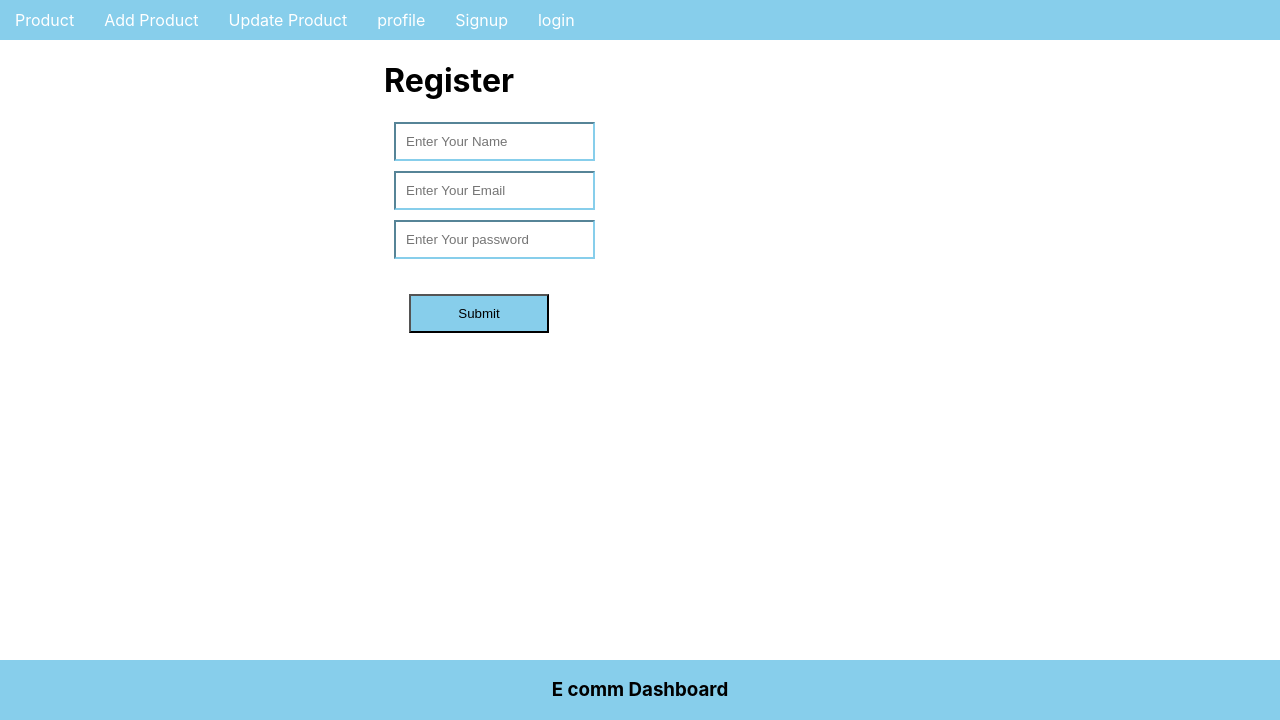
Repository: ShahbazGurmani/react-code-e-dashboard
Page: /add
These files come from the project's save history. The page is drawn as it stood at one moment and after the next save; the edit follows.
The browser window is 1280 px wide. The pictures show the whole page.
The project was rebuilt for these pictures with package versions that can differ from the ones it lists, and the page was loaded fresh each time. Also part of the build but not shown: src/components/Login.js.

Above is the page before, as saved 2023-08-24 22:43:57.

### src/App.js

import './App.css';
import Nav from './components/Nav';

import { BrowserRouter, Route, Routes } from 'react-router-dom';
import Footer from './components/Footer';
import Signup from './components/Signup';
import PrivateCom from './components/PrivateCom';
import Login from './components/Login';
function App() {
  return (
    <div className="App">
      <BrowserRouter>
        <Nav/>
        <Routes>

          <Route element={<PrivateCom/>}>
           <Route path='/' element={<h1>Product Listing Component</h1>}/>
           <Route path='/add' element={<h1>Add Product Component</h1>}/>
           <Route path='/update' element={<h1>Products Update Component</h1>}/>
           <Route path='/logout' element={<h1>Logout Component</h1>}/>
           <Route path='/profile' element={<h1>profile Component</h1>}/>

          </Route>

          <Route path='/signup' element={<Signup/>}/>
          <Route path='/login' element={<Login/>}/>
        </Routes>

        </BrowserRouter>
        <Footer/>
    </div>
  );
}

export default App;

### src/App.css
.nav-ul{
  padding: 0px;
    margin: 0;
    background-color: skyblue;
}

.nav-ul li{
  display: inline-block;
  padding: 10px;

}

.nav-ul li a{
  color: white;
    padding: 5px;
    text-decoration: none;
}
.footer{
  background-color: skyblue;
    position: absolute;
    bottom: 0;
    text-align: center;
    width: 100%;
}
.register{
  margin-left: 30%;
}
.inputBox{
  display: block;
    padding: 10px;
    margin: 10px;
    border-color: skyblue;
}
.button{
  margin: 25px;
    padding: 10px;
    width: 140px;
    background-color: skyblue;
    cursor: pointer;
}


@media (prefers-reduced-motion: no-preference) {
  .App-logo {
    animation: App-logo-spin infinite 20s linear;
  }
}

.App-header {
  background-color: #282c34;
  min-height: 100vh;
  display: flex;
  flex-direction: column;
  align-items: center;
  justify-content: center;
  font-size: calc(10px + 2vmin);
  color: white;
}

.App-link {
  color: #61dafb;
}

@keyframes App-logo-spin {
  from {
    transform: rotate(0deg);
  }
  to {
    transform: rotate(360deg);
  }
}

### src/components/Nav.js

import { Link, useNavigate, } from "react-router-dom";

const Nav = ()=>{
const auth  = localStorage.getItem('user');
const navigate = useNavigate();

  const  logout = ()=>{
    localStorage.clear();
    navigate('/signup');
  }
    return(
        <div>
            <ul className="nav-ul">
               <li><Link to="/">Product</Link></li>
               <li><Link to="/add">Add Product</Link></li>
               <li><Link to="/update">Update Product</Link></li>
               <li><Link to="/profile">profile</Link></li>
               <li>{auth ? <Link onClick={logout} to="/singup"  >Logout</Link>:
               <Link to="/signup">Signup</Link>}</li>
               <li><Link to="/login">login</Link></li>
            </ul>
        </div>
    )

}

export default Nav;

### src/components/Footer.js
import React from "react";

const Footer =()=>
{

    return(
        <div className="footer">
            <h3>E comm Dashboard </h3>
        </div>
    )
}

export default Footer;

### src/components/Signup.js
import React, { useEffect, useState } from "react";
import { json } from "react-router-dom";
import { useNavigate } from "react-router-dom";

const Signup = () => {
  const [name, setName] = useState("");
  const [email, setEmail] = useState("");
  const [password, setPassword] = useState("");

 const navigate = useNavigate();
  useEffect(()=>{
    const auth = localStorage.getItem('user');
    if(auth)
    {
        navigate("/")
    }
  })


  const collectData = async () => {
    console.warn(name, email, password);
    let result = await fetch("http://localhost:4500/register", {
      method: "post",
      body: JSON.stringify({ name, email, password }),
      headers: {
        "Content-Type": "application/json",
      },
    });
    result = await result.json();
    localStorage.setItem("user", JSON.stringify(result));
    if (result) {
      navigate("/");
    }
  };

  return (
    <div className="register">
      <h1>Register</h1>
      <input
        className="inputBox"
        type="text"
        value={name}
        onChange={(e) => {
          setName(e.target.value);
        }}
        placeholder="Enter Your Name"
      />

      <input
        className="inputBox"
        type="text"
        value={email}
        onChange={(e) => {
          setEmail(e.target.value);
        }}
        placeholder="Enter Your Email"
      />

      <input
        className="inputBox"
        type="password"
        value={password}
        onChange={(e) => {
          setPassword(e.target.value);
        }}
        placeholder="Enter Your password"
      />

      <button onClick={collectData} className="button" type="submit">
        Submit
      </button>
      {/* <button  className="button" type="submit">
        login
      </button> */}
    </div>
  );
};

export default Signup;

### src/components/PrivateCom.js
import React from "react";
import { Navigate, Outlet } from "react-router-dom";

const PrivateCom = ()=>{

    const auth = localStorage.getItem('user');
    return auth?<Outlet/>:<Navigate to={'/signup'}/>
}

export default PrivateCom;

Loaded but not shown: public/index.html (common file); src/index.js (common file); src/index.css (common file); src/reportWebVitals.js (common file)

After the next save:
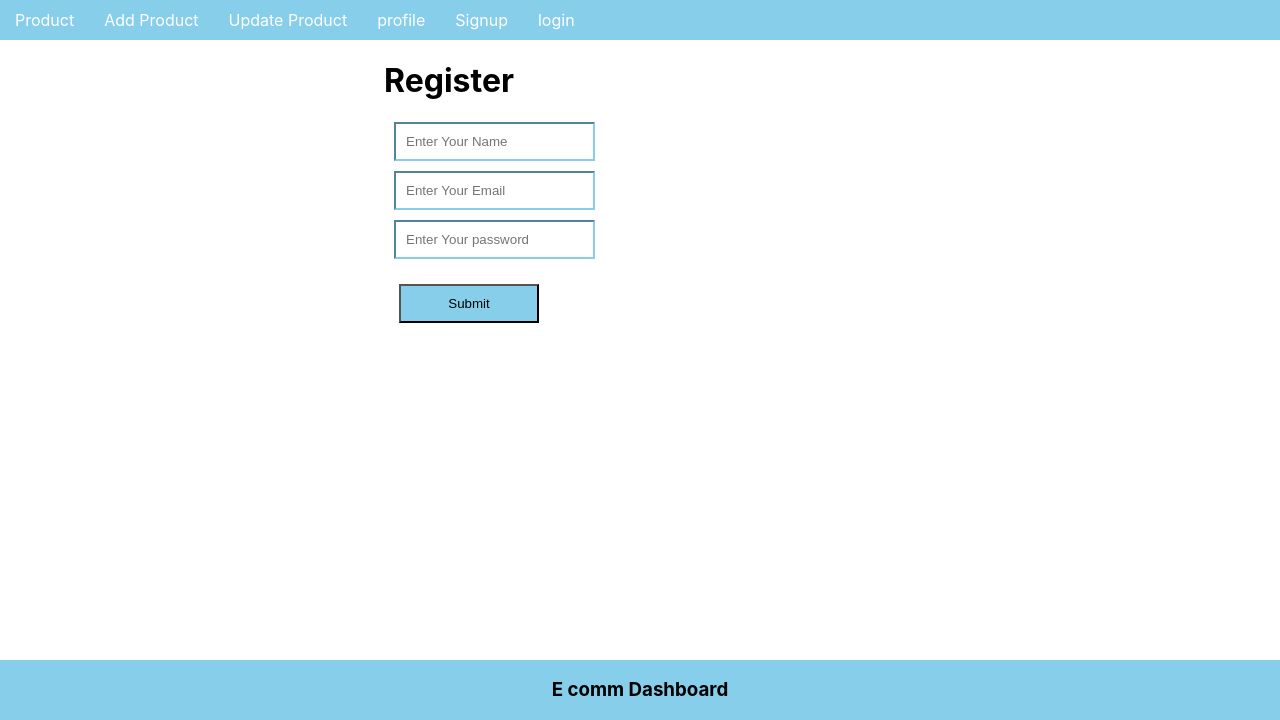
Saved 62 s later.
--- a/src/App.css
+++ b/src/App.css
@@ -32,7 +32,7 @@
     border-color: skyblue;
 }
 .button{
-  margin: 25px;
+  margin: 15px;
     padding: 10px;
     width: 140px;
     background-color: skyblue;
